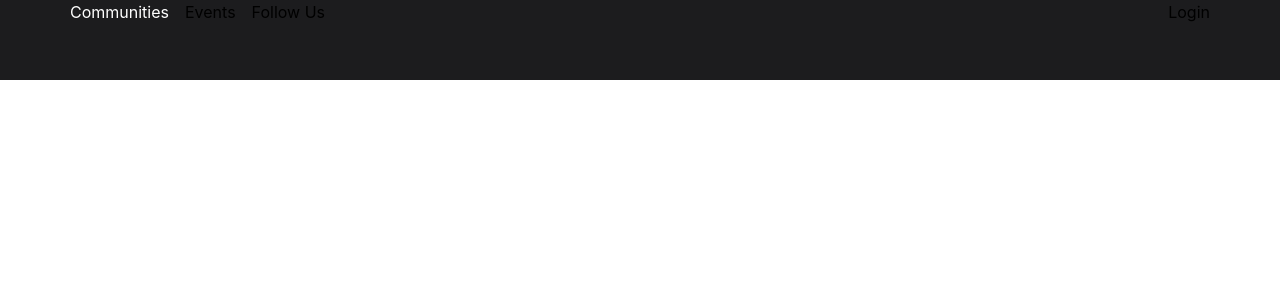
Repository: haudnn/WixdomPlanet-demo
Page: /
These files come from the project's save history. The page is drawn as it stood at one moment and after the next save; the edit follows.
The browser window is 1280 px wide. The pictures show the whole page.
The project was rebuilt for these pictures with package versions that can differ from the ones it lists, and the page was loaded fresh each time. Also part of the build but not shown: vite.config.js, src/App.css.

Above is the page before, as saved 2023-02-03 09:31:10.

### src/App.jsx
import "./App.css";
import { BrowserRouter } from "react-router-dom";
import Header from "./components/Layout/Header";
function App() {
  return (
    <div className="App bg-[#1c1c1e]">
      <BrowserRouter>
        <Header />
      </BrowserRouter>
    </div>
  );
}

export default App;

### src/index.css
@tailwind base;
@tailwind components;
@tailwind utilities;

:root {
  font-family: Inter, system-ui, Avenir, Helvetica, Arial, sans-serif;
}

### src/components/Layout/Header.jsx
import React from 'react'
import { Link } from 'react-router-dom'

const Header = () => {
  return (
    <header className='h-[80px]'>
        <div className='max-w-[1140px] my-0 mx-auto'>
            <div className='flex items-center justify-between'>
                <div>
                    <div>

                    </div>
                    <ul className='flex items-center gap-x-4'>
                        <li>
                            <Link className='text-base text-white' to="/communities">Communities</Link>
                        </li>
                        <li>
                            <Link to="/events">Events</Link>
                        </li>
                        <li>
                            <Link to="/follow">Follow Us</Link>
                        </li>
                    </ul>
                </div>
                <div>
                    <Link to="/login">Login</Link>
                </div>
            </div>
        </div>
    </header>
  )
}

export default Header

Loaded but not shown: index.html (common file); src/main.jsx (common file); tailwind.config.cjs (common file)

After the next save:
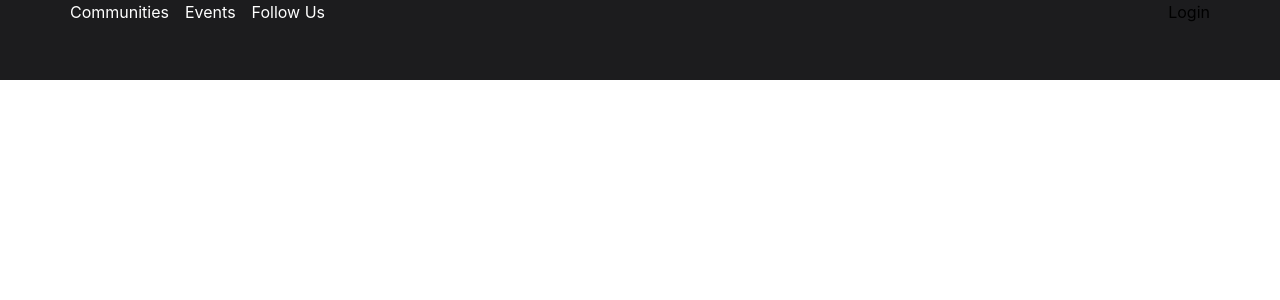
Saved 7 s later.
--- a/src/components/Layout/Header.jsx
+++ b/src/components/Layout/Header.jsx
@@ -15,10 +15,10 @@
                             <Link className='text-base text-white' to="/communities">Communities</Link>
                         </li>
                         <li>
-                            <Link to="/events">Events</Link>
+                            <Link className='text-base text-white' to="/events">Events</Link>
                         </li>
                         <li>
-                            <Link to="/follow">Follow Us</Link>
+                            <Link className='text-base text-white' to="/follow">Follow Us</Link>
                         </li>
                     </ul>
                 </div>
